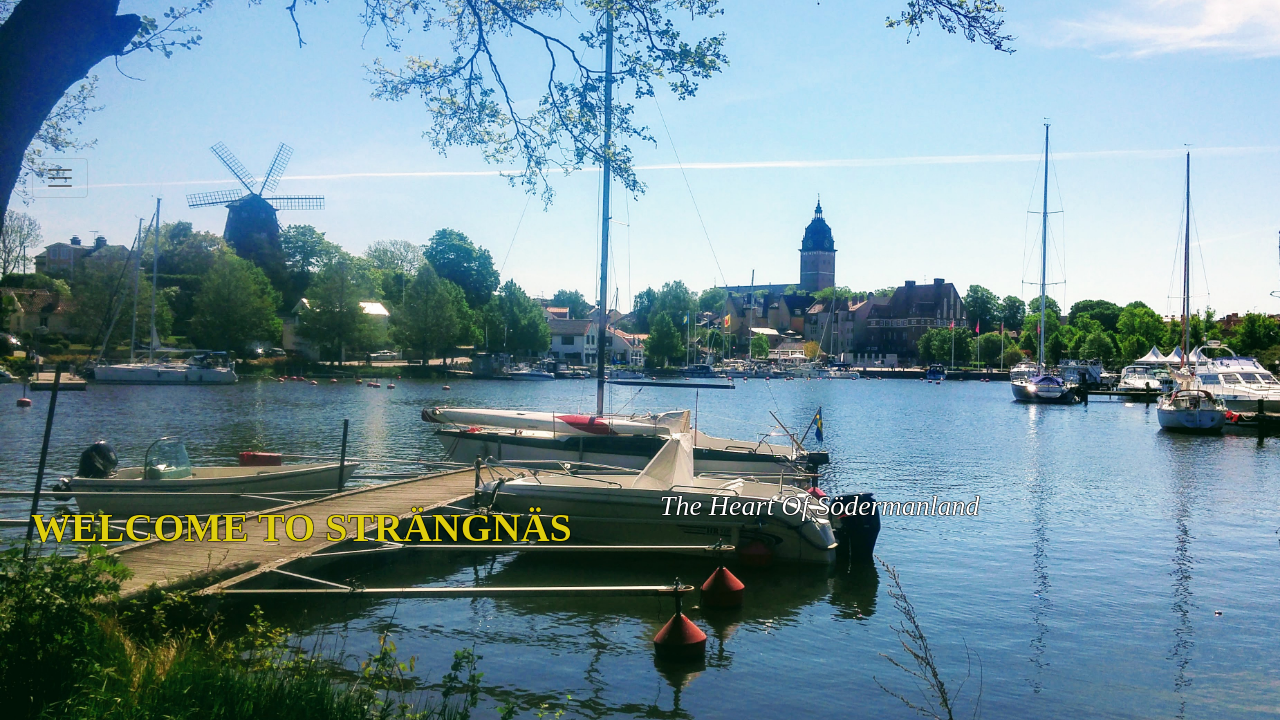
Repository: kososwede/first-project
Page: index.html
The author's editor kept a record of every edit. The page is drawn from the files as they stood at one moment, then again after the next edit.
The browser window is 1280 px wide. The pictures show the whole page.
Some web fonts or font styles are not loaded; a fallback is used.

Above is the page before.

After the next edit:
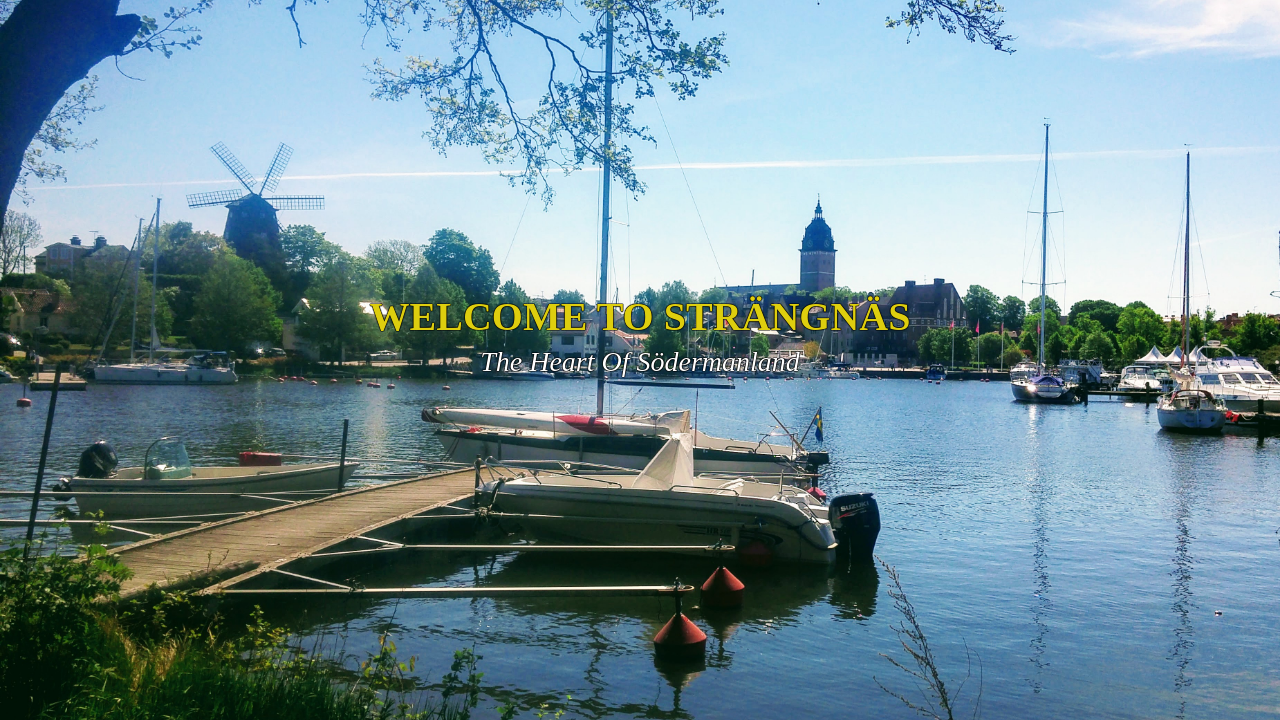
The edit:
--- a/index.html
+++ b/index.html
@@ -15,39 +15,8 @@
 <body>
   <!----------------header----------------->
 
-<!--/.Navbar-->
-  <header class="masthead d-flex"><!--Navbar-->
-<div class="navbar">
-<nav class="navbar navbar-light navbar-1 white">
 
-  <!-- Navbar brand -->
-
-
-  <!-- Collapse button -->
-  <button class="navbar-toggler" type="button" data-toggle="collapse" data-target="#navbarSupportedContent15"
-    aria-controls="navbarSupportedContent15" aria-expanded="false" aria-label="Toggle navigation"><span class="navbar-toggler-icon"></span></button>
-
-  <!-- Collapsible content -->
-  <div class="collapse navbar-collapse" id="navbarSupportedContent15">
-
-    <!-- Links -->
-    <ul class="navbar-nav mr-auto">
-      <li class="nav-item active">
-        <a class="nav-link" href="#">Home <span class="sr-only">(current)</span></a>
-      </li>
-      <li class="nav-item">
-        <a class="nav-link" href="#">Features</a>
-      </li>
-      <li class="nav-item">
-        <a class="nav-link" href="#">Pricing</a>
-      </li>
-    </ul>
-    <!-- Links -->
-
-  </div>
-  <!-- Collapsible content -->
-
-</nav>
+  <header class="masthead d-flex">
     <div class="container text-center my-auto">
       <h1 class="mb-1">WELCOME TO STRÄNGNÄS</h1>
       <h3 class="mb-5">
